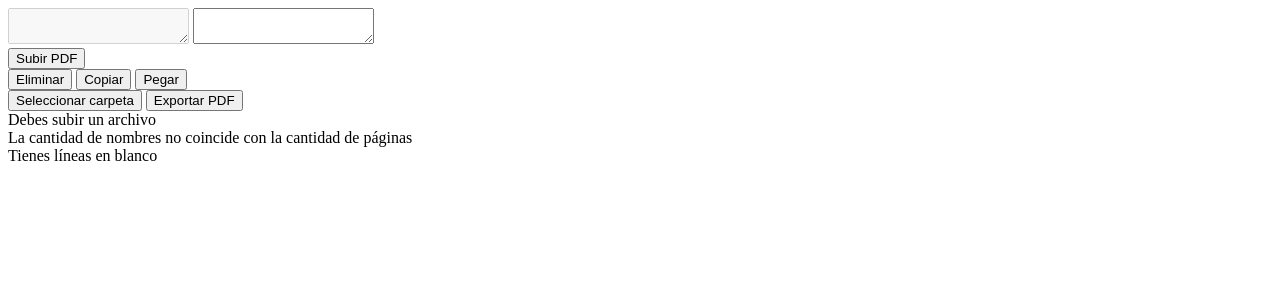
Repository: d3v0l0p3rs/pdf-spliteador
Page: src/index.html
These files come from the project's save history. The page is drawn as it stood at one moment and after the next save; the edit follows.
The browser window is 1280 px wide. The pictures show the whole page.

Above is the page before, as saved 2020-10-21 17:09:50.

After the next save:
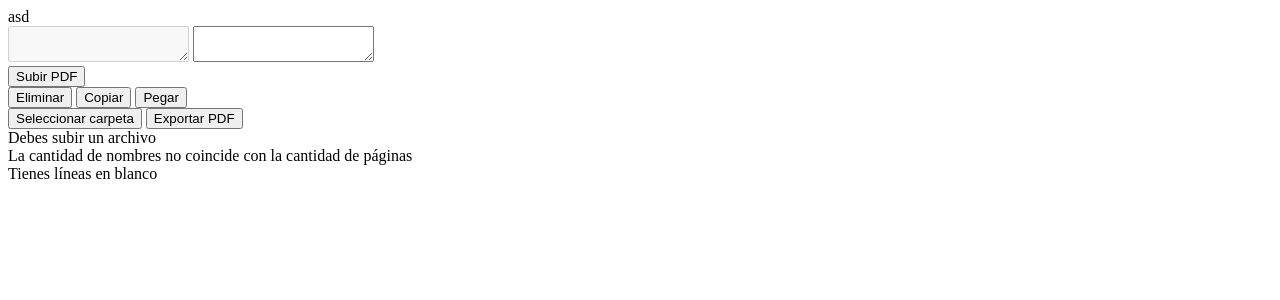
Saved 56 min 0 s later.
--- a/src/index.html
+++ b/src/index.html
@@ -5,6 +5,7 @@
     <title>Separador de PDFs</title>
   </head>
   <body>
+    <div id="header">asd</div>
     <div id="main-content">
       <div id="text-areas">
         <textarea id="number-lines" name="number-lines" disabled></textarea>

After the save that followed:
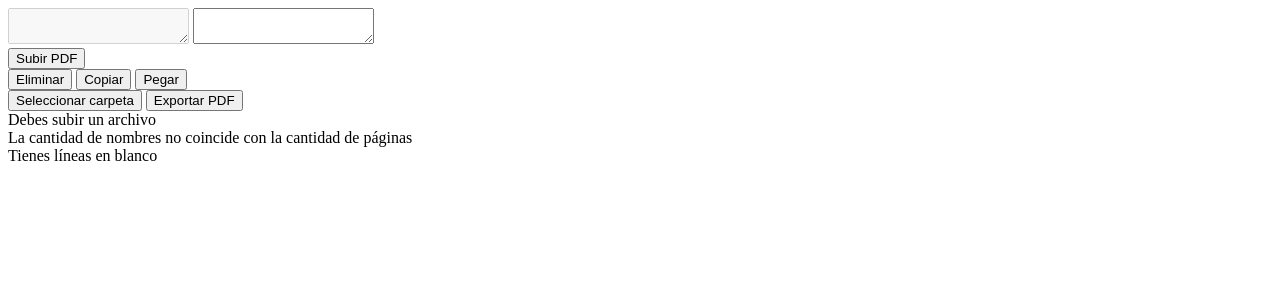
Saved 22 s later.
--- a/src/index.html
+++ b/src/index.html
@@ -5,7 +5,6 @@
     <title>Separador de PDFs</title>
   </head>
   <body>
-    <div id="header">asd</div>
     <div id="main-content">
       <div id="text-areas">
         <textarea id="number-lines" name="number-lines" disabled></textarea>
